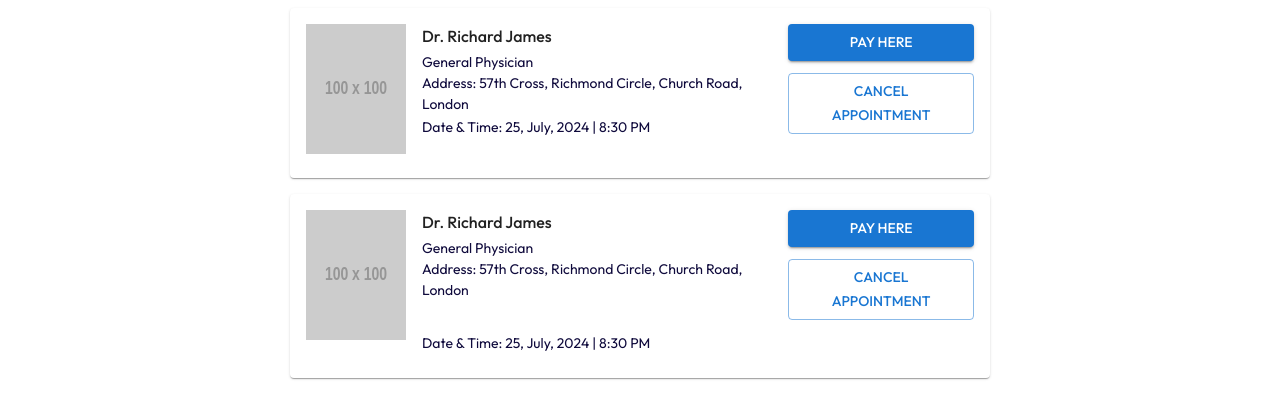
Repository: Ali-Dmerdash/DEPI_GRAD
Page: /
The author's editor kept a copy of each file at every save. The page is drawn from the files as they stood at one save, then again after the next save.
The browser window is 1280 px wide. The pictures show the whole page.
The project was rebuilt for these pictures with package versions that can differ from the ones it lists, and the page was loaded fresh each time. Also part of the build but not shown: vite.config.ts.

Above is the page before, as saved 2024-10-08 20:53:02.

After the next save:
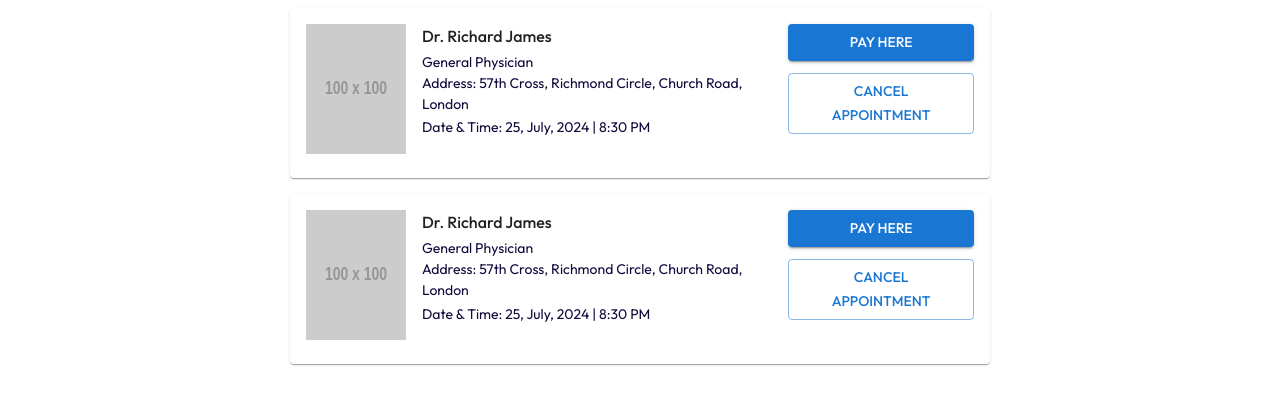
Saved 4 s later.
--- a/src/pages/myappointment/index.tsx
+++ b/src/pages/myappointment/index.tsx
@@ -76,7 +76,7 @@ const MyAppointment: React.FC = () => {
               <Typography
                 color="#0F0A3C"
                 fontSize="14px"
-                sx={{ marginBottom: "32px" }}
+                sx={{ marginBottom: "3px" }}
               >
                 Address: 57th Cross, Richmond Circle, Church Road, London
               </Typography>
